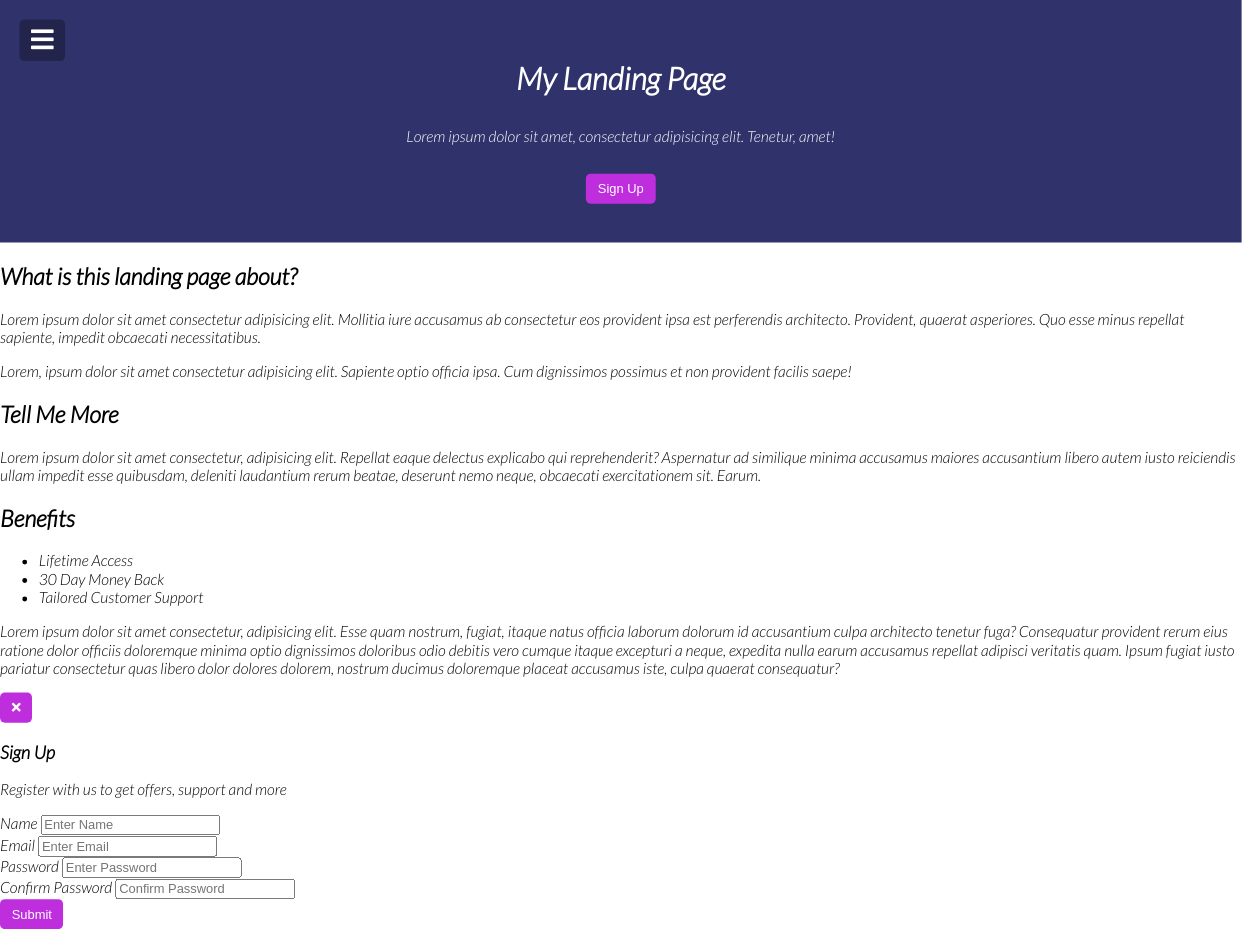
Repository: CAMPSLOPY/MenuSliderWithLandingPage
Page: index.html
These files come from the project's save history. The page is drawn as it stood at one moment and after a run of saves; the edit follows.
The browser window is 1280 px wide. The pictures show the whole page, at 97% of full size.
Some web libraries are served in a nearby version.

Above is the page before, as saved 2021-01-21 15:09:14.

### index.html
<!DOCTYPE html>
<html lang="en">
  <head>
    <meta charset="UTF-8" />
    <meta name="viewport" content="width=device-width, initial-scale=1.0" />
    <meta http-equiv="X-UA-Compatible" content="ie=edge" />
    <meta name="robots" content="index,follow" />
    <meta
      name="description"
      content="This App shows on menu bar is been controlled with Html,Css and Javascript.."
    />
    <link
      rel="stylesheet"
      href="https://cdnjs.cloudflare.com/ajax/libs/font-awesome/5.11.2/css/all.min.css"
      integrity="sha256-+N4/V/SbAFiW1MPBCXnfnP9QSN3+Keu+NlB+0ev/YKQ="
      crossorigin="anonymous"
    />

    <link rel="stylesheet" href="/styles.css" />
    <link rel="icon" href="/004-photos.png" />
    <title>MenuSliderPage</title>
  </head>
  <body>
    <nav>
      <div class="logo">
        <img src="https://randomuser.me/api/portraits/men/76.jpg" alt="user" />
      </div>
      <ul>
        <li><a href="#">Home</a></li>
        <li><a href="#">Portfolio</a></li>
        <li><a href="#">Blog</a></li>
        <li><a href="#">Contact Me</a></li>
      </ul>
    </nav>

    <header>
      <button id="toggle" class="toggle">
        <i class="fa fa-bars fa-2x"></i>
      </button>

      <h1>My Landing Page</h1>

      <p>
        Lorem ipsum dolor sit amet, consectetur adipisicing elit. Tenetur, amet!
      </p>

      <button class="cta-btn" id="open">Sign Up</button>
    </header>

    <div class="container">
      <h2>What is this landing page about?</h2>
      <p>
        Lorem ipsum dolor sit amet consectetur adipisicing elit. Mollitia iure
        accusamus ab consectetur eos provident ipsa est perferendis architecto.
        Provident, quaerat asperiores. Quo esse minus repellat sapiente, impedit
        obcaecati necessitatibus.
      </p>
      <p>
        Lorem, ipsum dolor sit amet consectetur adipisicing elit. Sapiente optio
        officia ipsa. Cum dignissimos possimus et non provident facilis saepe!
      </p>

      <h2>Tell Me More</h2>

      <p>
        Lorem ipsum dolor sit amet consectetur, adipisicing elit. Repellat eaque
        delectus explicabo qui reprehenderit? Aspernatur ad similique minima
        accusamus maiores accusantium libero autem iusto reiciendis ullam
        impedit esse quibusdam, deleniti laudantium rerum beatae, deserunt nemo
        neque, obcaecati exercitationem sit. Earum.
      </p>

      <h2>Benefits</h2>
      <ul>
        <li>Lifetime Access</li>
        <li>30 Day Money Back</li>
        <li>Tailored Customer Support</li>
      </ul>

      <p>
        Lorem ipsum dolor sit amet consectetur, adipisicing elit. Esse quam
        nostrum, fugiat, itaque natus officia laborum dolorum id accusantium
        culpa architecto tenetur fuga? Consequatur provident rerum eius ratione
        dolor officiis doloremque minima optio dignissimos doloribus odio
        debitis vero cumque itaque excepturi a neque, expedita nulla earum
        accusamus repellat adipisci veritatis quam. Ipsum fugiat iusto pariatur
        consectetur quas libero dolor dolores dolorem, nostrum ducimus
        doloremque placeat accusamus iste, culpa quaerat consequatur?
      </p>
    </div>

    <!-- Modal -->
    <div class="modal-container" id="modal">
      <div class="modal">
        <button class="close-btn" id="close">
          <i class="fa fa-times"></i>
        </button>
        <div class="modal-header">
          <h3>Sign Up</h3>
        </div>
        <div class="modal-content">
          <p>Register with us to get offers, support and more</p>
          <form class="modal-form">
            <div>
              <label for="name">Name</label>
              <input
                type="text"
                id="name"
                placeholder="Enter Name"
                class="form-input"
              />
            </div>
            <div>
              <label for="email">Email</label>
              <input
                type="email"
                id="email"
                placeholder="Enter Email"
                class="form-input"
              />
            </div>
            <div>
              <label for="password">Password</label>
              <input
                type="password"
                id="password"
                placeholder="Enter Password"
                class="form-input"
              />
            </div>
            <div>
              <label for="password2">Confirm Password</label>
              <input
                type="password"
                id="password2"
                placeholder="Confirm Password"
                class="form-input"
              />
            </div>
            <input type="submit" value="Submit" class="submit-btn" />
          </form>
        </div>
      </div>
    </div>
    <script src="app.js"></script>
  </body>
</html>

### styles.css
@import url("https://fonts.googleapis.com/css2?family=Lato:ital,wght@1,300&display=swap");

:root {
  --modal-duration: 1s;
  --primary-color: #30336b;
  --secondary-color: #be2edd;
}
* {
  box-sizing: border-box;
}
body {
  font-family: "Lato", sans-serif;
  margin: 0;
}

/* NAVBAR STYLING */
nav {
  width: 200px;
  height: 100vh;
  position: fixed;
  top: 0;
  left: 0;
  background-color: var(--primary-color);
  transform: translateX(-100%);
  border-right: 2px solid rgba(200, 200, 200, 0.1);
  color: #fff;
  z-index: 100;
}

nav .logo {
  text-align: center;
  padding: 30px 0;
  margin: auto;
}

nav img {
  width: 75px;
  height: 75px;
  border-radius: 50%;
}

nav ul {
  list-style-type: none;
  padding: 0;
  margin: 0;
}
nav ul li {
  border-bottom: 2px solid rgba(200, 200, 200, 0.1);
  padding: 20px;
}
nav ul li:first-of-type {
  border-top: 2px solid rgba(200, 200, 200, 0.1);
}
nav ul li a {
  text-decoration: none;
  color: #fff;
}
nav ul li a:hover {
  text-decoration: underline;
}

/* STYLING THE MAIN PAGE */

/* HEADER SECTION */
header {
  color: #fff;
  background-color: var(--primary-color);
  position: relative;
  text-align: center;
  width: 100vw;
  min-height: 20vh;
  padding: 2.5rem 0.9375rem;
}
header p {
  margin: 30px 0;
}
button,
input[type="submit"] {
  background-color: var(--secondary-color);
  border: 0;
  border-radius: 5px;
  padding: 8px 12px;
  color: #fff;
  cursor: pointer;
}
button:focus {
  outline: none;
}

.toggle {
  position: absolute;
  background: rgba(0, 0, 0, 0.3);
  top: 20px;
  left: 20px;
}

.cta-btn{

}

Loaded but not shown: app.js (no copy from this time; the picture is the same without it)

After the next 6 saves:
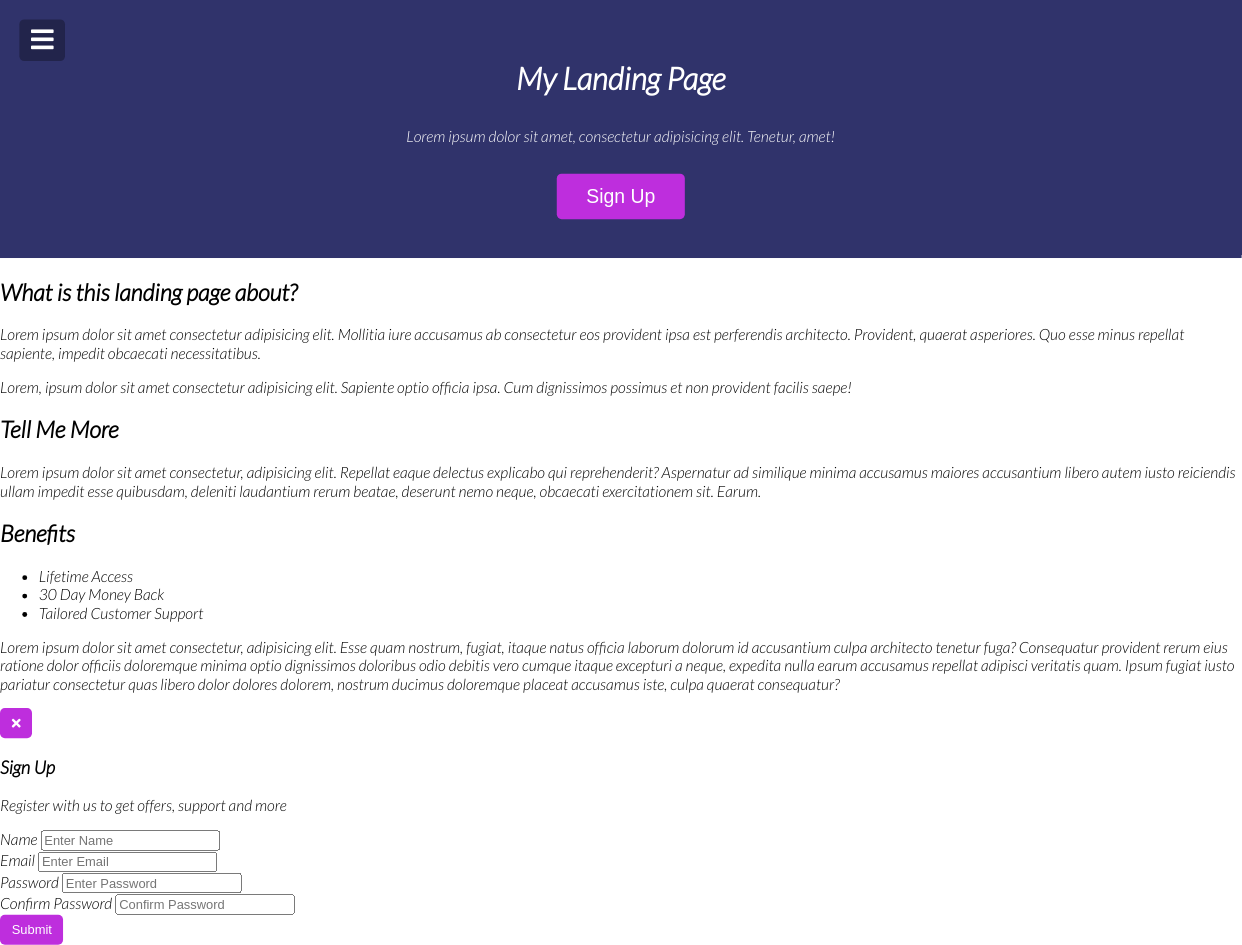
The 6 saves are shown as one change because they came seconds apart.
The last was saved 16 s later.
--- a/styles.css
+++ b/styles.css
@@ -94,6 +94,7 @@ button:focus {
   left: 20px;
 }
 
-.cta-btn{
-
+.cta-btn {
+  padding: 12px 30px;
+  font-size: 20px;
 }
